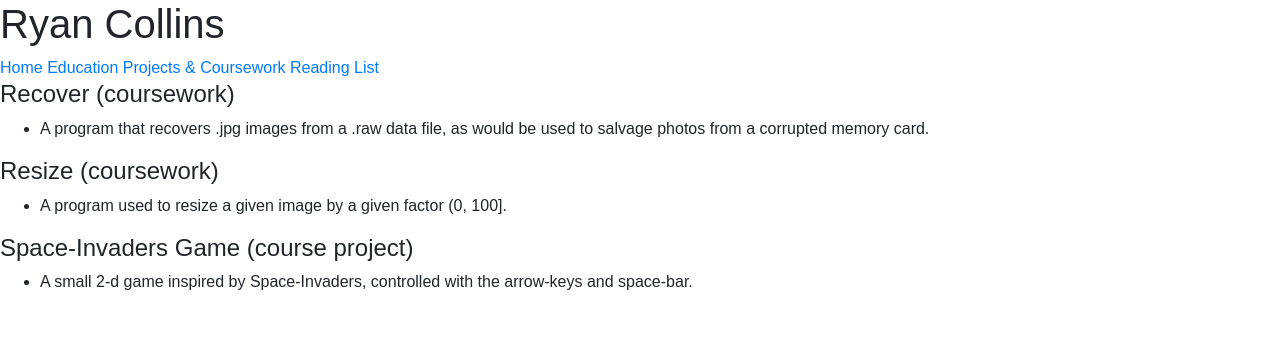
Repository: RyanMCollins/cs50
Page: pset5/homepage/projects.html
The author's editor kept a record of every edit. The page is drawn from the files as they stood at one moment, then again after the next edit.
The browser window is 1280 px wide. The pictures show the whole page.

Above is the page before.

After the next edit:
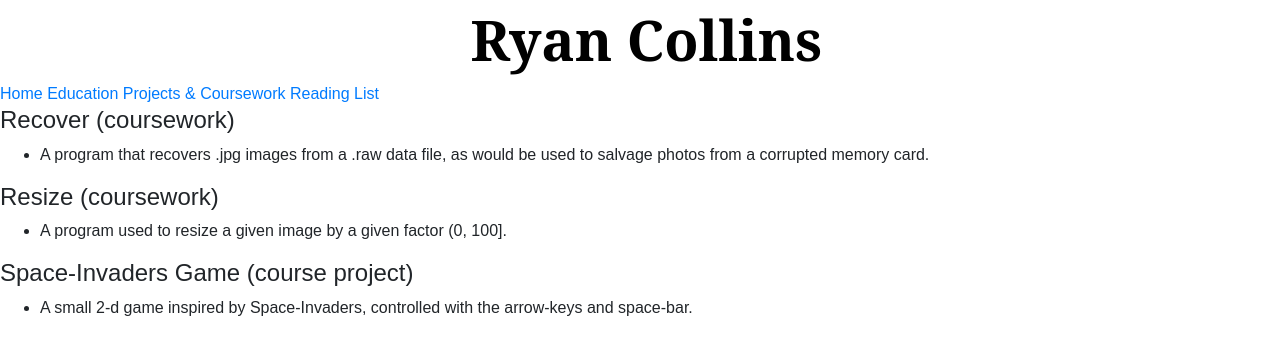
The edit:
--- a/pset5/homepage/projects.html
+++ b/pset5/homepage/projects.html
@@ -8,7 +8,7 @@
         <title>Homepage</title>
     </head>
     <body>
-        <h1>
+        <h1 id="site-title">
             Ryan Collins
         </h1>
         <div>
